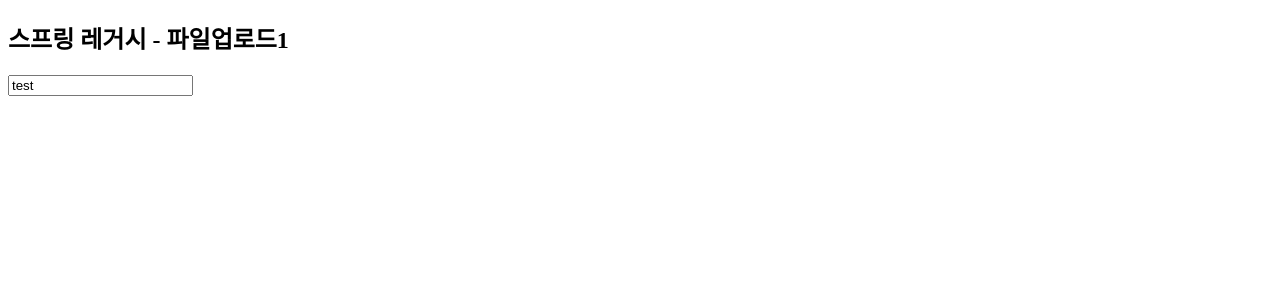
Repository: midrash/fileUpload-Test
Page: http://localhost/fileupload03-legacy/
The author's editor kept a copy of each file at every save. The page is drawn from the files as they stood at one save, then again after the next save.
The browser window is 1280 px wide. The pictures show the whole page.
The page is served by Tomcat 9.

Above is the page before, as saved 2020-11-04 05:54:40.

After the next save:
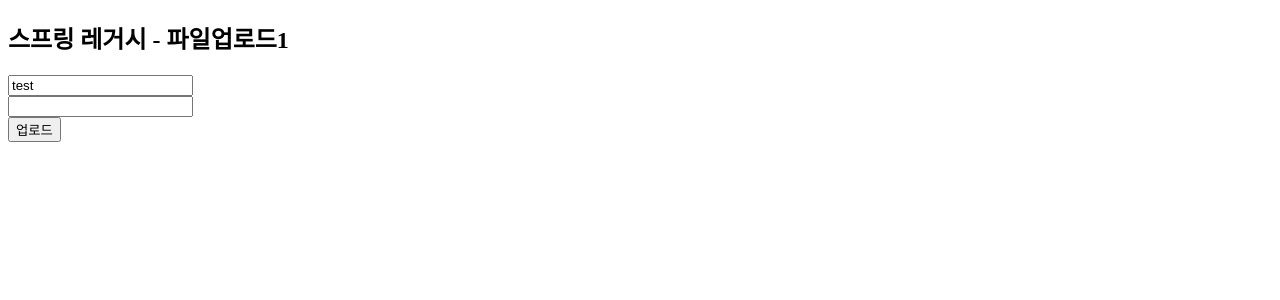
Saved 45 s later.
--- a/fileupload03-legacy/src/main/webapp/WEB-INF/views/index.jsp
+++ b/fileupload03-legacy/src/main/webapp/WEB-INF/views/index.jsp
@@ -10,5 +10,7 @@
 	<h2>스프링 레거시 - 파일업로드1</h2>
 	<form method="post" enctype="multipart/form-data" action="${pageContext.request.contextPath}/file/upload1.do"></form>
 	<input type="text" name="msg" value="test"><br>
+	<input type="text" name="attach" ><br>
+	<button>업로드</button>
 </body>
 </html>
